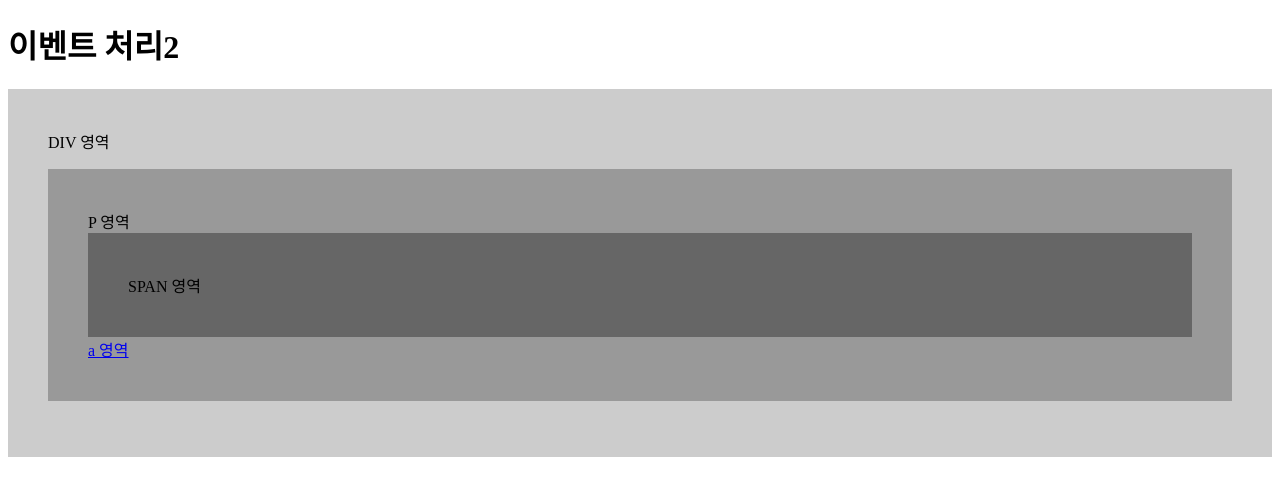
Repository: mira-yoon/vue_1
Page: /
The author's editor kept a copy of each file at every save. The page is drawn from the files as they stood at one save, then again after the next save.
The browser window is 1280 px wide. The pictures show the whole page.
The project was rebuilt for these pictures with package versions that can differ from the ones it lists, and the page was loaded fresh each time. Also part of the build but not shown: vite.config.js.

Above is the page before, as saved 2023-04-10 15:48:42.

### src/App.vue
<template>
	<div>
		<h1>이벤트 처리2</h1>

		<div id="modifier">
			<div @click="clickDiv">
				DIV 영역
				<p @click="clickP">
					P 영역
					<span @click.stop="clickSpan"> SPAN 영역 </span>
					<!-- .stop은 이벤트 전파를 막는 수식어 -->
					<a href="https://naver.com" @click.prevent="clickA"> a 영역 </a>
				</p>
			</div>
		</div>
	</div>
</template>

<script>
export default {
	setup() {
		const clickDiv = () => {
			console.log('clickDiv');
			location.href = 'https://naver.com';
		};
		const clickP = () => {
			console.log('clickP');
		};
		const clickSpan = e => {
			console.log('clickSpan');
			//e.stopPropagation(); // 이벤트전파(버블링)을 막는다.
			alert('좋아요');
		};
		const clickA = () => {
			alert('어떤 기능~');
		};
		return { clickDiv, clickP, clickSpan, clickA };
	},
};
</script>

<style scoped>
#modifier div,
#modifier p,
#modifier span {
	padding: 40px;
}
#modifier div {
	background-color: #ccc;
}
#modifier p {
	background-color: #999;
}
#modifier span {
	background-color: #666;
	display: block;
}
</style>

Loaded but not shown: index.html (common file); src/main.js (common file)

After the next save:
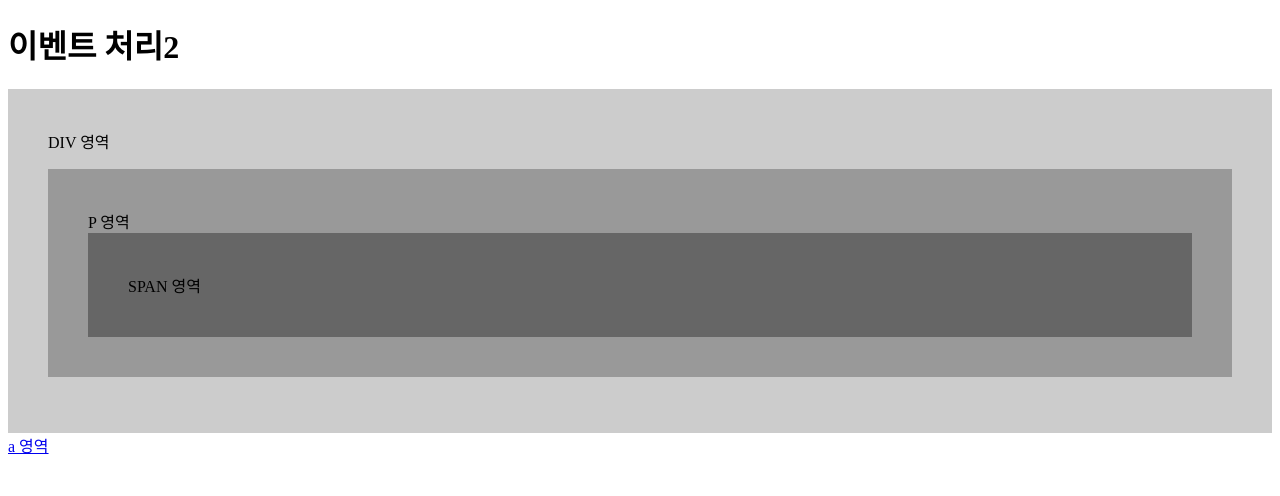
Saved 42 s later.
--- a/src/App.vue
+++ b/src/App.vue
@@ -9,10 +9,10 @@
 					P 영역
 					<span @click.stop="clickSpan"> SPAN 영역 </span>
 					<!-- .stop은 이벤트 전파를 막는 수식어 -->
-					<a href="https://naver.com" @click.prevent="clickA"> a 영역 </a>
 				</p>
 			</div>
 		</div>
+		<a href="https://naver.com" @click.prevent="clickA"> a 영역 </a>
 	</div>
 </template>
 

After the 4 saves that followed:
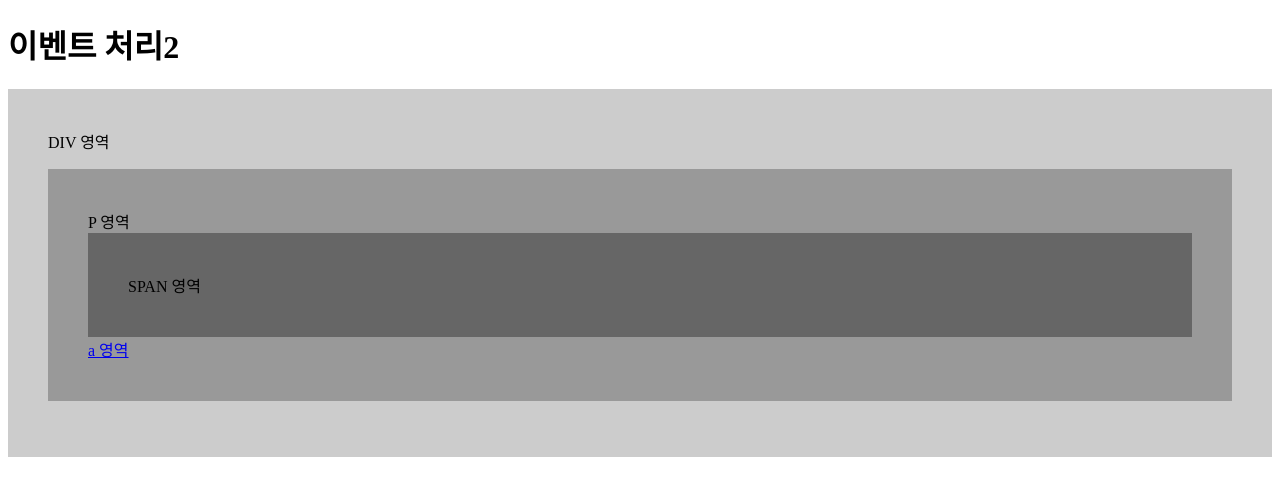
The 4 saves are shown as one change because 3 left the picture as it was.
The last was saved 2 min 27 s later.
--- a/src/App.vue
+++ b/src/App.vue
@@ -9,10 +9,11 @@
 					P 영역
 					<span @click.stop="clickSpan"> SPAN 영역 </span>
 					<!-- .stop은 이벤트 전파를 막는 수식어 -->
+					<a href="https://naver.com" @click.prevent.stop="clickA"> a 영역 </a>
+					<!-- .prevent는 기본기능을 막는 수식어 -->
 				</p>
 			</div>
 		</div>
-		<a href="https://naver.com" @click.prevent="clickA"> a 영역 </a>
 	</div>
 </template>
 
@@ -31,7 +32,8 @@
 			//e.stopPropagation(); // 이벤트전파(버블링)을 막는다.
 			alert('좋아요');
 		};
-		const clickA = () => {
+		const clickA = e => {
+			//e.preventDefault();
 			alert('어떤 기능~');
 		};
 		return { clickDiv, clickP, clickSpan, clickA };
